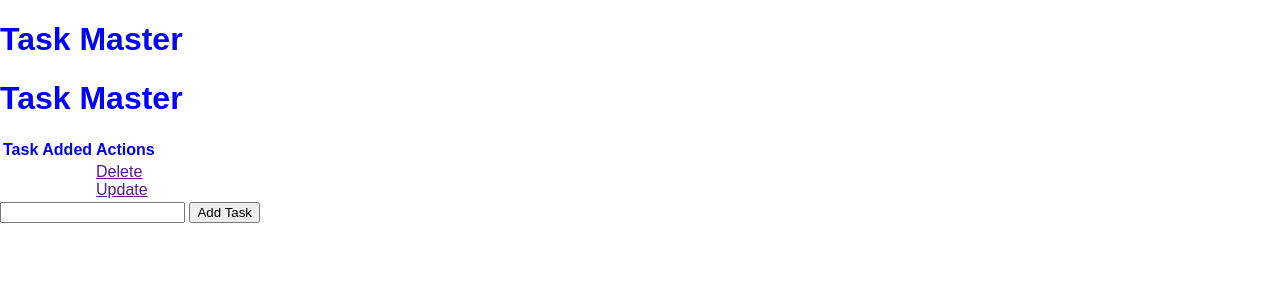
Repository: zamaniali1995/Flask-Intro
Page: http://localhost/
These files come from the project's save history. The page is drawn as it stood at one moment and after the next save; the edit follows.
The browser window is 1280 px wide. The pictures show the whole page.
The page is served by the project's application, run on Flask 3 (app.py).

Above is the page before, as saved 2021-05-12 12:45:16.

After the next save:
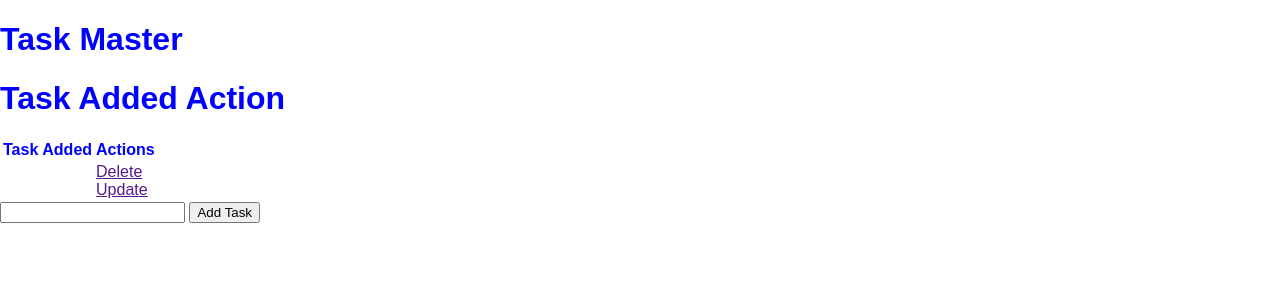
Saved 61 s later.
--- a/templates/index.html
+++ b/templates/index.html
@@ -1,7 +1,7 @@
 {% extends 'base.html' %} {% block head %}
 <h1>Task Master</h1>{% endblock %} {% block body %}
 <div class="content">
-    <h1>Task Master</h1>
+    <h1>Task Added Action</h1>
 
     <table>
         <tr>
